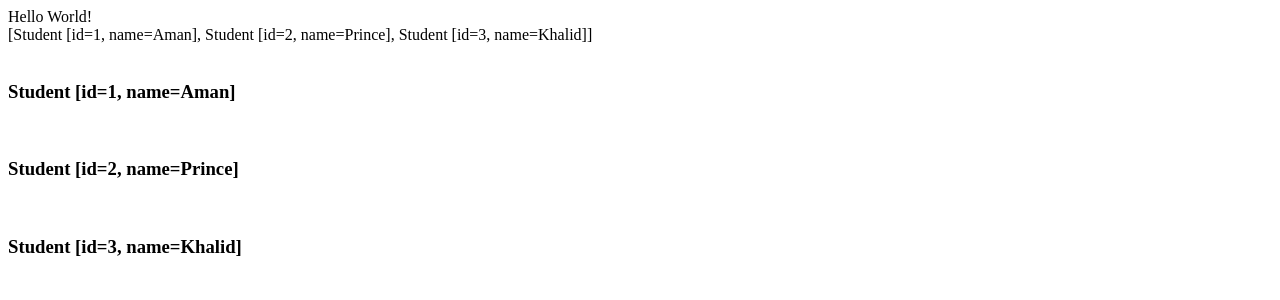
Repository: md-aman-git/Java-Repo-Epam
Page: http://localhost/JSTLDemo/DemoJstl
The author's editor kept a copy of each file at every save. The page is drawn from the files as they stood at one save, then again after the next save.
The browser window is 1280 px wide. The pictures show the whole page.
The page is served by Tomcat 9.

Above is the page before, as saved 2022-03-07 16:29:34.

### JspServlet/JSTLDemo/src/main/webapp/display.jsp
<%@ page language="java" contentType="text/html; charset=ISO-8859-1"
    pageEncoding="ISO-8859-1"%>
<!-- i have also first included library of jstl then will be able to use uri -->
<%@ taglib prefix="c" uri="http://java.sun.com/jsp/jstl/core" %>
<!DOCTYPE html>
<html>
<head>
<meta charset="ISO-8859-1">
<title>Insert title here</title>
</head>
<body>
	Hello World! <br>
	<div>${students}</div><br>
	<c:forEach items="${students}" var="stud">
		<h3>${stud}</h3><br>
	</c:forEach>
</body>
</html>

### JspServlet/JSTLDemo/src/main/java/com/epam/jstldemo/MyServlet.java
package com.epam.jstldemo;

import java.io.IOException;
import java.util.Arrays;
import java.util.List;

import javax.servlet.RequestDispatcher;
import javax.servlet.ServletException;
import javax.servlet.annotation.WebServlet;
import javax.servlet.http.HttpServlet;
import javax.servlet.http.HttpServletRequest;
import javax.servlet.http.HttpServletResponse;

import com.epam.jstldemo.entity.Student;

@WebServlet("/DemoJstl")
public class MyServlet extends HttpServlet {
	public void doGet(HttpServletRequest request, HttpServletResponse response) throws ServletException, IOException {
		//String name = "Aman";
		Student student1 = new Student(1, "Aman");
		Student student2 = new Student(2, "Prince");
		Student student3 = new Student(3, "Khalid");
		List<Student> studs = Arrays.asList(student1, student2, student3);
		request.setAttribute("students", studs);
		RequestDispatcher rd = request.getRequestDispatcher("display.jsp");
		rd.forward(request, response);
	}
}

### JspServlet/JSTLDemo/src/main/java/com/epam/jstldemo/entity/Student.java
package com.epam.jstldemo.entity;

public class Student {
	private int id;
	private String name;

	public Student(int id, String name) {
		this.id = id;
		this.name = name;
	}
	public int getId() {
		return id;
	}
	public void setId(int id) {
		this.id = id;
	}
	public String getName() {
		return name;
	}
	public void setName(String name) {
		this.name = name;
	}
	@Override
	public String toString() {
		return "Student [id=" + id + ", name=" + name + "]";
	}

}

After the next save:
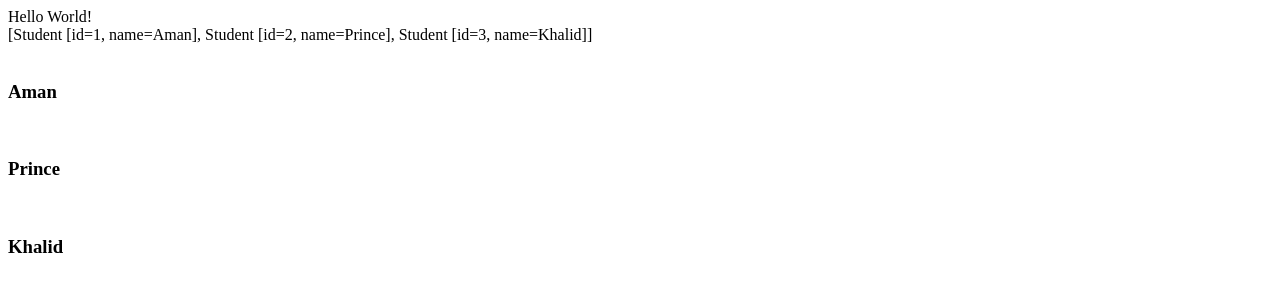
Saved 21 s later.
--- a/JspServlet/JSTLDemo/src/main/webapp/display.jsp
+++ b/JspServlet/JSTLDemo/src/main/webapp/display.jsp
@@ -12,7 +12,7 @@
 	Hello World! <br>
 	<div>${students}</div><br>
 	<c:forEach items="${students}" var="stud">
-		<h3>${stud}</h3><br>
+		<h3>${stud.getName()}</h3><br>
 	</c:forEach>
 </body>
 </html>
